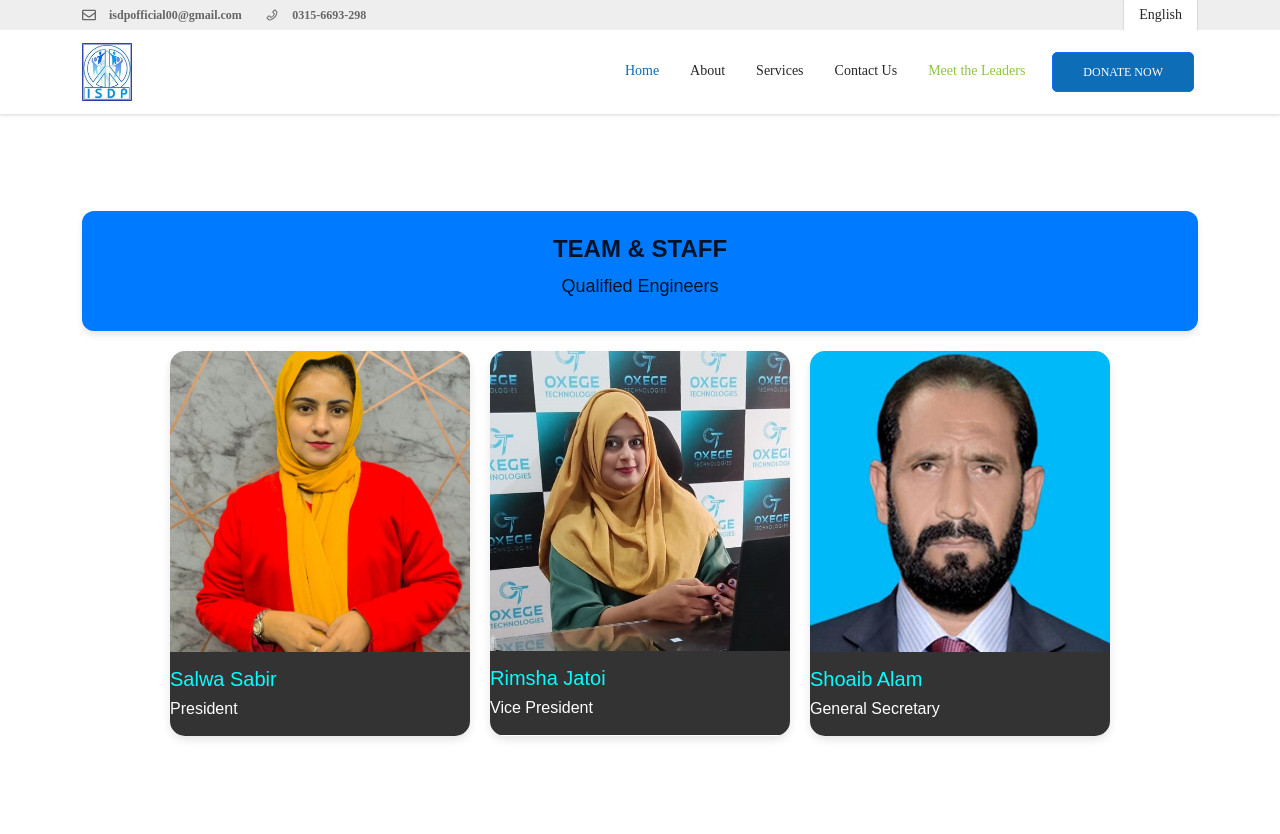
Repository: mfaizanakram8/isdp
Page: team.html
An editor plug-in stored every save of this project. The page is shown before and after the next save, followed by the edit.
The browser window is 1280 px wide. The pictures show the part of the page from y = 0 to 834 px (the page is 1410 px tall).
Pictures or frames that could not be fetched are drawn as grey boxes. Some web fonts or font styles are not loaded; a fallback is used.

Above is the page before, as saved 2025-02-23 00:37:26.

After the next save:
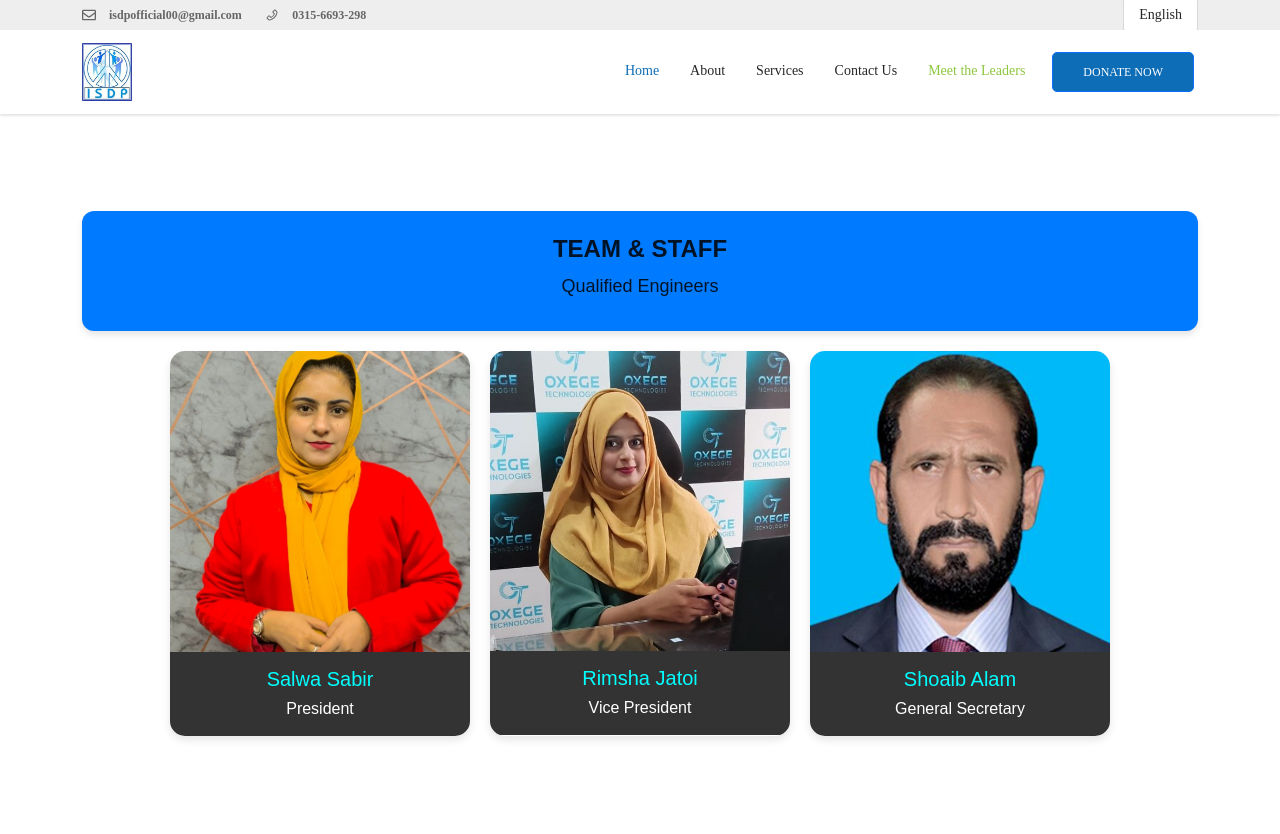
Saved 11 s later.
--- a/team.css
+++ b/team.css
@@ -10,7 +10,9 @@
     width: 100%;
 }
 
-
+.container {
+    text-align: center;
+}
 
 .header h1 {
     color: #FFD700; /* Custom yellow color */
